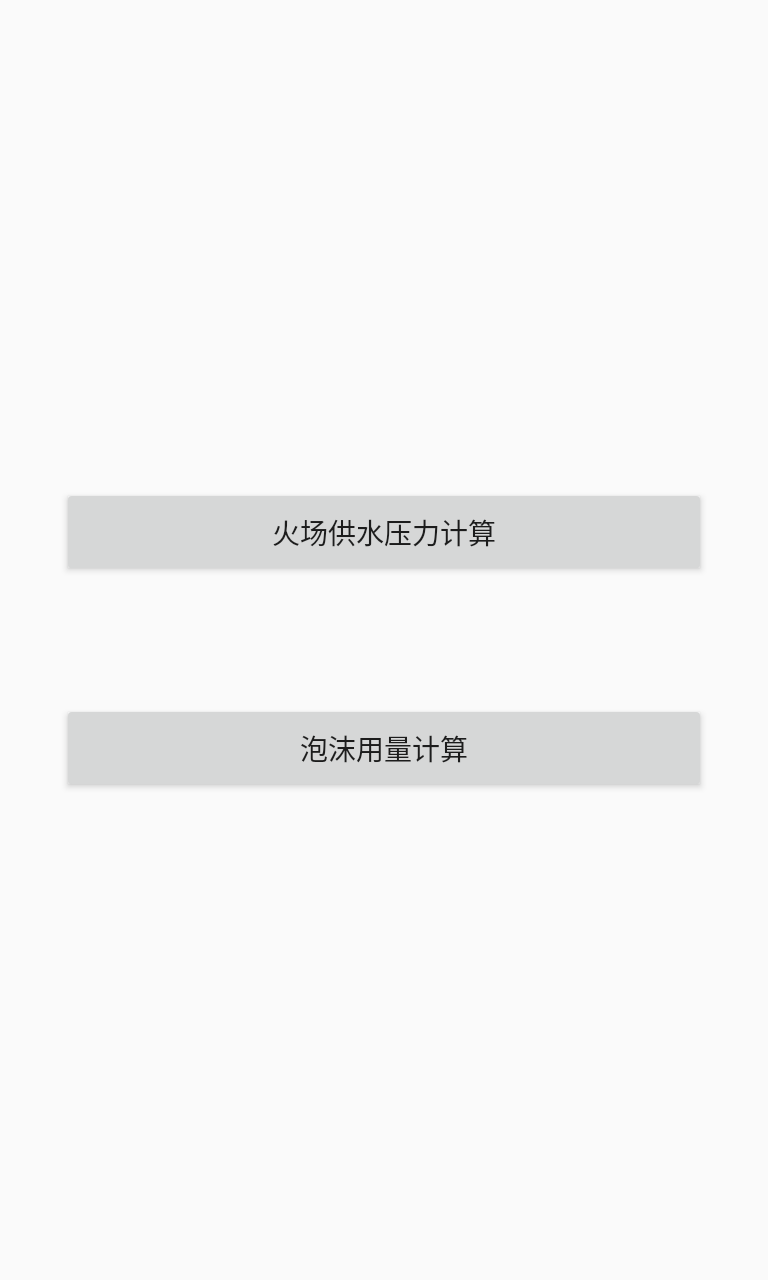
Repository: hohoTT/fireWork_handle_app
Layout: fireWork_handle_app/res/layout/water_power.xml
The author's editor kept a copy of each file at every save. The layout is drawn from the files as they stood at one save, then again after the next save.
It is drawn on a 768 x 1280 px phone screen (xhdpi) without system bars, with theme AppTheme; the app's code is not run.

Above is the layout before, as saved 2016-03-03 04:12:49.

### fireWork_handle_app/res/layout/water_power.xml
<?xml version="1.0" encoding="utf-8"?>
<LinearLayout xmlns:android="http://schemas.android.com/apk/res/android"
    android:layout_width="match_parent"
    android:layout_height="match_parent"
    android:gravity="center_vertical"
    android:orientation="vertical" >

	<Button
        android:id="@+id/btu_water_power_fire"
	    android:layout_width="match_parent"
	    android:layout_height="wrap_content"
	    android:layout_margin="30dp"
	    android:text="@string/water_power_fire" />

    <Button
        android:id="@+id/btu_water__power_pump"
	    android:layout_width="match_parent"
	    android:layout_height="wrap_content"
	    android:layout_margin="30dp"
	    android:text="@string/olican_fire_foam" />


</LinearLayout>

### fireWork_handle_app/res/values/strings.xml
<?xml version="1.0" encoding="utf-8"?>
<resources>

    <string name="app_name">fireWork_handle_app</string>
    <string name="fire_calculate">现场计算</string>
    <string name="fire_agent">火灾剂用量计算</string>
    <string name="fire_plan">火灾预案</string>
    <string name="normal_fire">一般火灾计算</string>
    <string name="normal_fire_result">一般火灾用水量计算结果</string>
    <string name="oilcan_fire">油罐火灾情况下的计算</string>
    <string name="olican_fire_water">冷却用水量计算</string>
    <string name="olican_fire_foam">泡沫用量计算</string>
    <string name="olican_fire_water_result">该油罐火灾用水量计算结果</string>
    <string name="oilcan_fire_foam_result">该油罐火灾泡沫用量计算结果</string>
    <string name="water_power">供水压力计算</string>
    <string name="water_power_fire">火场供水压力计算</string>
    <string name="water__power_pump">水泵接合器供水技术计算</string>


    <string name="btu_water_power">供水压力计算</string>
    <string name="btu_oilcan_fire">油罐火灾计算</string>
    <string name="fire_area">请输入过火面积</string>
    <string name="olican_diameter">请输入油罐直径</string>
    <string name="text_olican_type">请选择您需要计算的油罐类型:</string>
    <string name="olican_type_fixed">固定顶油罐</string>
    <string name="olican_type_drift">浮顶油罐</string>
    <string name="olican_fire_foam_area">请输入油罐的燃烧面积</string>
    <string name="olican_fire_foam_flow">请输入流量</string>


    <string name="text_water">一般火灾中每秒的用水量为：</string>
    <string name="text_fire_time">10吨消防车可持续灭火的时间为：</string>
    <string name="text_oilcan_fire_water">该油罐火灾中每秒的用水量为：</string>
    <string name="text_oilcan_fire_foam_water">该油罐火灾中水的用量为：</string>
    <string name="text_oilcan_fire_form_stoste">该油罐火灾中泡沫原液的用量为：</string>


    <string name="btn_send">提交</string>

    <string name="hello_world">Hello world!</string>
    <string name="action_settings">Settings</string>





</resources>

Loaded but not shown: fireWork_handle_app/res/values/styles.xml (common file); fireWork_handle_app/res/values-v11/styles.xml (common file); fireWork_handle_app/res/values-v14/styles.xml (common file)

After the next save:
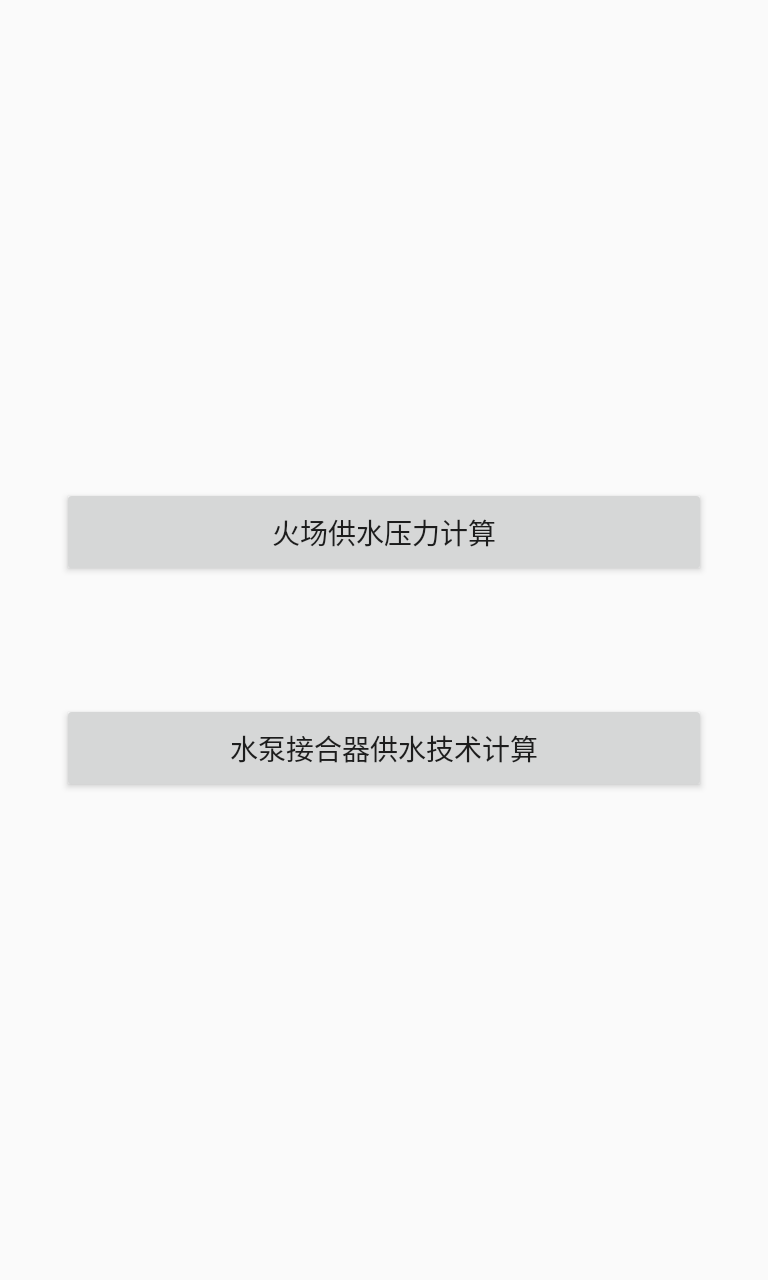
Saved 8 s later.
--- a/fireWork_handle_app/res/layout/water_power.xml
+++ b/fireWork_handle_app/res/layout/water_power.xml
@@ -17,7 +17,7 @@
 	    android:layout_width="match_parent"
 	    android:layout_height="wrap_content"
 	    android:layout_margin="30dp"
-	    android:text="@string/olican_fire_foam" />
+	    android:text="@string/water__power_pump" />
 
 
 </LinearLayout>
